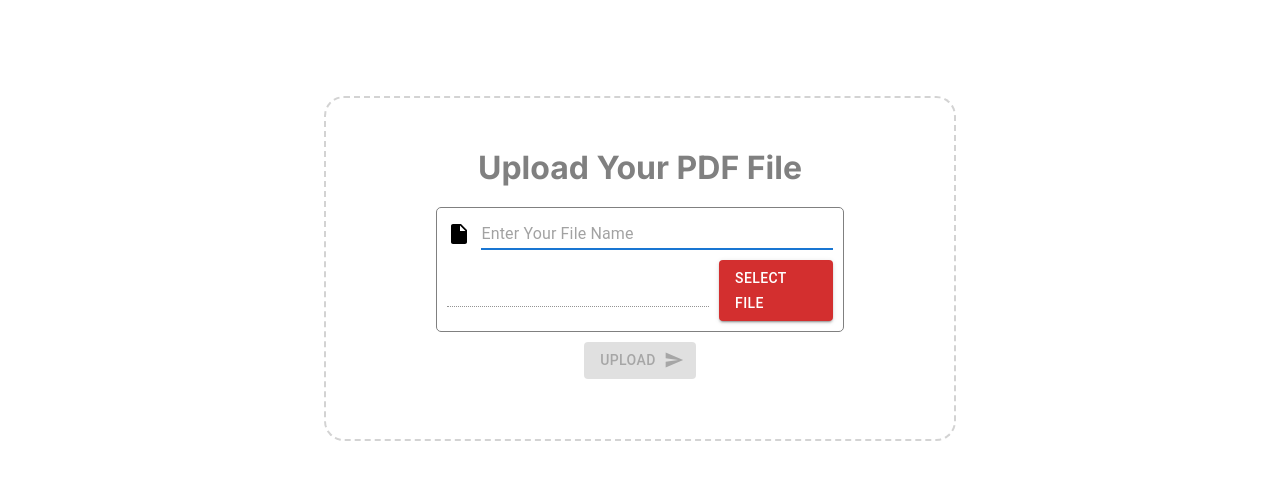
Repository: BhushanPatil-121/pdf-upload-nextjs
Page: /
These files come from the project's save history. The page is drawn as it stood at one moment and after the next save; the edit follows.
The browser window is 1280 px wide. The pictures show the whole page.
The project was rebuilt for these pictures with package versions that can differ from the ones it lists, and the page was loaded fresh each time. The framework's server and built-in components were replaced by stand-ins that run in the browser. Also part of the build but not shown: next.config.mjs.

Above is the page before, as saved 2024-02-29 11:11:40.

After the next save:
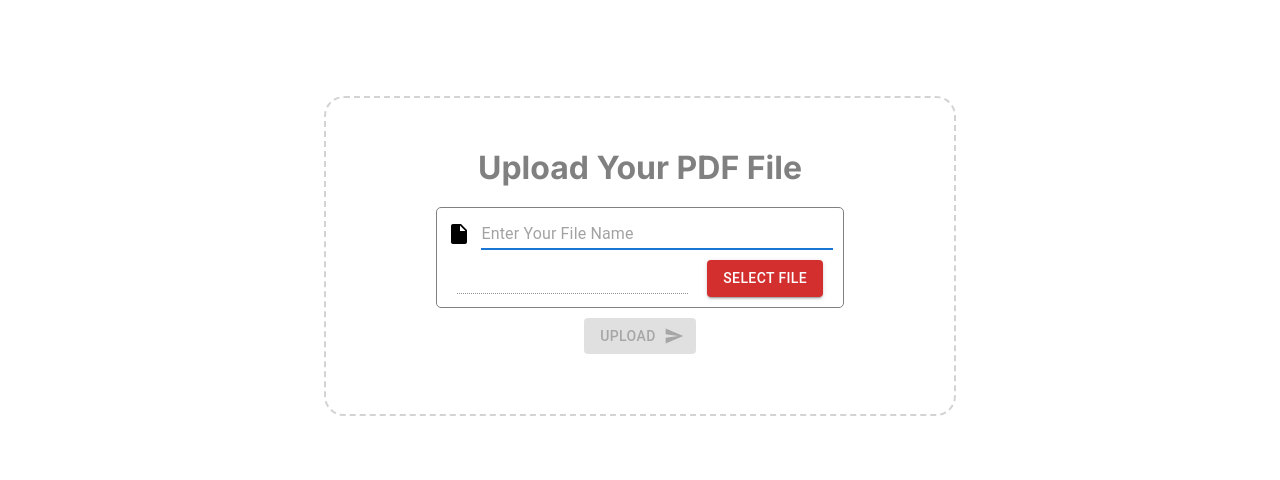
Saved 5 s later.
--- a/src/app/page.tsx
+++ b/src/app/page.tsx
@@ -63,7 +63,7 @@ export default function Home() {
               </Box>
             </div>
             <div className={styles.mainFormSubContainer2}>
-              <Box sx={{width:'70%'}}>
+              <Box sx={{width:'60%'}}>
               <TextField
                 id="standard-multiline-static"
                 multiline
